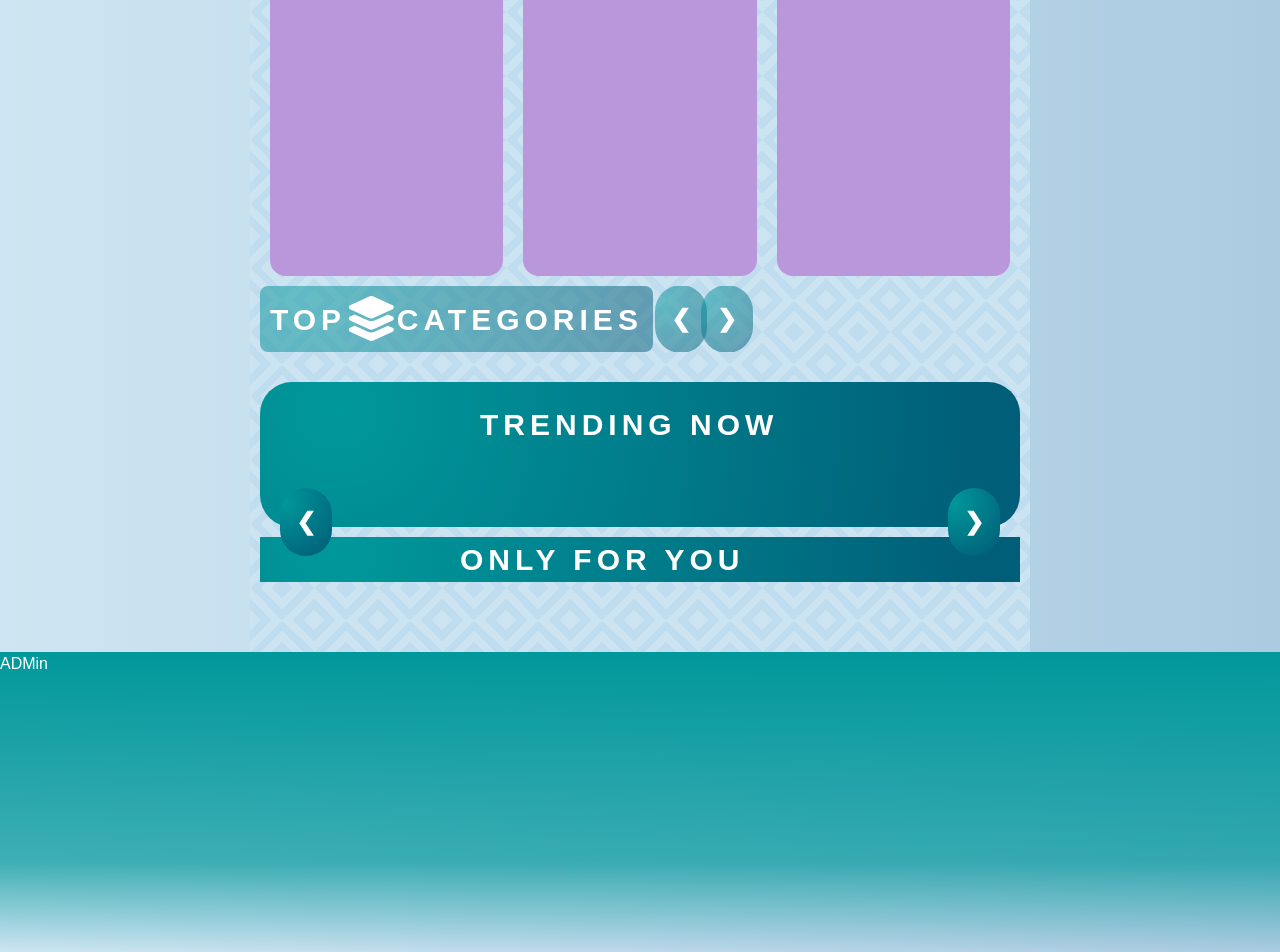
Repository: Shadman2024/2_1_DatabaseProject
Page: / (app in frontend/)
An editor plug-in stored every save of this project. The page is shown before and after the next save, followed by the edit.
The browser window is 1280 px wide. The pictures show the part of the page from y = 952 to 1904 px (the page is 1904 px tall).
The page's requests for data from a server got no answer. Some web libraries are served in a nearby version. The project was rebuilt for these pictures with package versions that can differ from the ones it lists, and the page was loaded fresh each time. No one was signed in, and anything a server would have sent is missing. Also part of the build but not shown: frontend/src/App.css, frontend/src/signUp/signup.js, frontend/src/logIn/login.js, frontend/src/Home/hero.js, frontend/src/Home/hero2.js, frontend/src/Home/hero3.js, frontend/src/Home/smallcategory.module.css, frontend/src/Home/smallcategory.js and 18 more.

Above is the page before, as saved 2024-03-08 01:33:25.

### frontend/public/index.html
<!DOCTYPE html>
<html lang="en">

<head>
  <meta charset="utf-8" />
  <link rel="icon" href="%PUBLIC_URL%/favicon.ico" />
  <meta name="viewport" content="width=device-width, initial-scale=1" />
  <meta name="theme-color" content="#000000" />
  <meta name="description" content="Web site created using create-react-app" />
  <link rel="apple-touch-icon" href="%PUBLIC_URL%/logo192.png" />
  <!--
      manifest.json provides metadata used when your web app is installed on a
      user's mobile device or desktop. See https://developers.google.com/web/fundamentals/web-app-manifest/
    -->
  <link rel="manifest" href="%PUBLIC_URL%/manifest.json" />
  <link href="https://cdn.jsdelivr.net/npm/bootstrap@5.0.2/dist/css/bootstrap.min.css" rel="stylesheet"
    integrity="sha384-EVSTQN3/azprG1Anm3QDgpJLIm9Nao0Yz1ztcQTwFspd3yD65VohhpuuCOmLASjC" crossorigin="anonymous">
  <!--
      Notice the use of %PUBLIC_URL% in the tags above.
      It will be replaced with the URL of the `public` folder during the build.
      Only files inside the `public` folder can be referenced from the HTML.

      Unlike "/favicon.ico" or "favicon.ico", "%PUBLIC_URL%/favicon.ico" will
      work correctly both with client-side routing and a non-root public URL.
      Learn how to configure a non-root public URL by running `npm run build`.
    -->
  <title>React App</title>
</head>

<body style="background: linear-gradient(to right, #cee5f2, #accbe1);
/* Other styles */
margin: 0;
height: 100vh;
color: white;">
<!-- <body style="background: #1B1B1B"> -->


  <noscript>You need to enable JavaScript to run this app.</noscript>
  <div id="root"></div>
  <!--
      This HTML file is a template.
      If you open it directly in the browser, you will see an empty page.

      You can add webfonts, meta tags, or analytics to this file.
      The build step will place the bundled scripts into the <body> tag.

      To begin the development, run `npm start` or `yarn start`.
      To create a production bundle, use `npm run build` or `yarn build`.
    -->
  <script src="https://cdn.jsdelivr.net/npm/bootstrap@5.0.2/dist/js/bootstrap.bundle.min.js"
    integrity="sha384-MrcW6ZMFYlzcLA8Nl+NtUVF0sA7MsXsP1UyJoMp4YLEuNSfAP+JcXn/tWtIaxVXM"
    crossorigin="anonymous"></script>
  <script src="https://cdn.jsdelivr.net/npm/@popperjs/core@2.9.2/dist/umd/popper.min.js"
    integrity="sha384-IQsoLXl5PILFhosVNubq5LC7Qb9DXgDA9i+tQ8Zj3iwWAwPtgFTxbJ8NT4GN1R8p"
    crossorigin="anonymous"></script>
  <script src="https://cdn.jsdelivr.net/npm/bootstrap@5.0.2/dist/js/bootstrap.min.js"
    integrity="sha384-cVKIPhGWiC2Al4u+LWgxfKTRIcfu0JTxR+EQDz/bgldoEyl4H0zUF0QKbrJ0EcQF"
    crossorigin="anonymous"></script>
  <script src="https://code.jquery.com/jquery-3.2.1.slim.min.js"
    integrity="sha384-KJ3o2DKtIkvYIK3UENzmM7KCkRr/rE9/Qpg6aAZGJwFDMVNA/GpGFF93hXpG5KkN"
    crossorigin="anonymous"></script>
  <script src="https://cdnjs.cloudflare.com/ajax/libs/popper.js/1.12.3/umd/popper.min.js"
    integrity="sha384-vFJXuSJphROIrBnz7yo7oB41mKfc8JzQZiCq4NCceLEaO4IHwicKwpJf9c9IpFgh"
    crossorigin="anonymous"></script>
  <script src="https://maxcdn.bootstrapcdn.com/bootstrap/4.0.0-beta.2/js/bootstrap.min.js"
    integrity="sha384-alpBpkh1PFOepccYVYDB4do5UnbKysX5WZXm3XxPqe5iKTfUKjNkCk9SaVuEZflJ"
    crossorigin="anonymous"></script>


</body>

</html>

### frontend/src/index.css
*{
  margin: 0;
  outline: none;
}
body {
  margin: 0;
  font-family: -apple-system, BlinkMacSystemFont, 'Segoe UI', 'Roboto', 'Oxygen',
    'Ubuntu', 'Cantarell', 'Fira Sans', 'Droid Sans', 'Helvetica Neue',
    sans-serif;
  -webkit-font-smoothing: antialiased;
  -moz-osx-font-smoothing: grayscale;
}

code {
  font-family: source-code-pro, Menlo, Monaco, Consolas, 'Courier New',
    monospace;
}
html {
  scroll-behavior: smooth;
  position: relative;
  min-height: 100%;
  overflow-x: hidden;
}

### frontend/src/logIn/login.module.css


.login_box {
  position: absolute;
  top: 50%;
  left: 50%;
  width: 400px;
  padding: 40px;
  margin: 20px auto;
  transform: translate(-50%, -55%);
  background-image: radial-gradient( circle farthest-corner at 10% 20%,  rgba(0,152,155,1) 0.1%, rgba(0,94,120,1) 94.2% );
  box-sizing: border-box;
  box-shadow: 0 15px 25px rgba(0, 0, 0, .6);
  border-radius: 10px;
  color: #ffffff;
  font-size: large;
  /* padding-left: 100px;
  padding-right: 100px; */
}

.login_box .user_box {
  position: relative;
}

.login_box .user_box input {
  width: 100%;
  padding: 10px 0;
  font-size: 16px;
  color: #fffdfd;
  margin-bottom: 30px;
  border: none;
  /* background-color: #0F1F2A; */
  border-bottom: 1px solid #ffffff;
  outline: none;
  background: transparent;
  font-size: larger;
  /* font-weight: bolder; */
}

.login_box .user_box label {
  position: absolute;
  top: -20px;
  left: 0;
  padding: 10px 0;
  font-size: 20px;
  color: #ffffff;
  /* background-color: #2E5D7F; */
  pointer-events: none;
  transition: .5s;
  font-size: large;
  /* padding: 0px;
  padding-left: 20%;
  padding-right: 20%; */
  font-weight: bold;
}

.login_box .user_box input:focus~label,
.login_box .user_box input:valid~label {
  /* top: -20px; */
  left: 0;
  color: #ffffff;
  font-size: 20px;
  /* background-color: #242424; */
  padding: 0px;
  padding-left: 10px;
  padding-right: 10px;
  font-weight: bolder;
}


.login_box p:first-child {
  margin: 0 0 30px;
  padding: 0;
  color: #ffffff;
  text-align: center;
  font-size: 1.5rem;
  font-weight: bold;
  letter-spacing: 1px;
  padding-bottom: 30px;
}




.animated_button {
  position: relative;
  display: inline-block;
  padding: 12px 24px;
  border: none;
  font-size: 16px;
  background-color: inherit;
  border-radius: 100px;
  font-weight: 600;
  color: #ffffff;
  box-shadow: 0 0 0 2px #ffffff00;
  cursor: pointer;
  overflow: hidden;
  transition: all 0.6s cubic-bezier(0.23, 1, 0.320, 1);
  text-align: center;
  font-size: 1.2rem;
  /* font-weight: bold; */
  letter-spacing: 1px;
  /* padding-bottom: 30px; */
}

.animated_button span:last-child {
  position: absolute;
  top: 50%;
  left: 50%;
  transform: translate(-50%, -50%);
  width: 20px;
  height: 20px;
  background-color: #fff;
  /* color: #000; */
  border-radius: 50%;
  opacity: 0;
  transition: all 0.8s cubic-bezier(0.23, 1, 0.320, 1);
}

.animated_button span:first-child {
  position: relative;
  z-index: 1;
}

.animated_button:hover {
  box-shadow: 0 0 0 3px #ffffff;
  color: #2F0332;
}

.animated_button:active {
  scale: 0.95;
}

.animated_button:hover span:last-child {
  width: 150px;
  height: 150px;
  opacity: 1;
}

input {
  color: white;
  background-color: black;
}

::-ms-reveal {
  filter: invert(100%);
}

### frontend/src/Home/home.module.css
._hero{

}
.home{
  padding-left: 250px;
  padding-right: 250px;
}
.trendingNow{
background-image: radial-gradient( circle farthest-corner at 10% 20%,  rgba(0,152,155,1) 0.1%, rgba(0,94,120,1) 94.2% );
  padding: 20px;
  /* border: 2px solid #3F0442; */
  border-radius: 2rem;
  margin-bottom: 10px;
  margin-top: 10px;
}
.container{
  background: linear-gradient(45deg,#0000 calc(25%/3), #c0dcef 0 calc(50%/3),
  #0000 0 calc(250%/3), #c0dcef 0 calc(275%/3),
  #0000 0),linear-gradient( 45deg,#c0dcef calc(25%/3), #0000 0 calc(50%/3),
  #c0dcef 0 25%, #0000 0 75%,
  #c0dcef 0 calc(250%/3), #0000 0 calc(275%/3),
  #c0dcef 0),
  linear-gradient(-45deg,#0000 calc(25%/3), #c0dcef 0 calc(50%/3),
  #0000 0 calc(250%/3), #c0dcef 0 calc(275%/3),
  #0000 0),linear-gradient(-45deg,#c0dcef calc(25%/3), #0000 0 calc(50%/3),
  #c0dcef 0 25%, #0000 0 75%,
  #c0dcef 0 calc(250%/3), #0000 0 calc(275%/3),
  #c0dcef 0)
  #cce3f1;
background-size: 64px 64px;
background-position: 0 0, 32px  32px;

padding: 10px;





}

### frontend/src/orders/orders.module.css
/* orders.module.css */
.orders_container {
  padding: 20px;
  /* background: #f5f5f5; */
  border-radius: 8px;
  /* box-shadow: 0 2px 4px rgba(0,0,0,0.1); */
  margin-left: 250px;
  margin-right: 250px;
  margin-left: 250px;
  margin-top: 40px;
  margin-right: 250px;
  padding: 20px;
  /* background-color: #f9f9f9; */
  border-radius: 8px;
  box-shadow: 0 2px 4px rgba(0,0,0,0.3);
  background-color: #97adda;
}

.title {
  font-size: 30px;;
  color: rgb(255, 255, 255);
  font-weight: bolder;
  background-image: radial-gradient( circle farthest-corner at 10% 20%,  rgba(0,152,155,50%) 0.1%, rgba(0,94,120,50%) 94.2% );
  margin-top: 0px;
  /* background-color: #ba96db; */
  letter-spacing: 5px;
  margin-bottom: 0px;
  padding-bottom: 0px;
  border-radius: 0.5rem;
  padding: 10px;
  text-align: center;
  border-radius: 1rem 1rem 1rem 1rem;
  margin-bottom: 10px;
}

.order {
  /* background: #ffffff; */
  padding: 15px;
  margin-bottom: 20px;
  /* border-radius: 8px; */
  /* box-shadow: 0 1px 3px rgba(0,0,0,0.12), 0 1px 2px rgba(0,0,0,0.24); */
  font-size: 20px;
  border-radius: 1rem 1rem 1rem 1rem;
  background-color: white;
}

.order h3 {
  color: #0275d8;
  font-size: 20px;
  margin-top: 0;
  margin-bottom: 10px;
}

.order p {
  color: #313131;
  margin: 5px 0;
}

ul {
  list-style-type: none;
  padding: 0;
}

li {
  margin: 5px 0;
  color: #363636;
}

strong {
  color: #333;
}

/* Specific styles for shipping and payment sections */
.order > div {
  margin-top: 10px;
  padding-top: 10px;
  border-top: 1px solid #eee;
}

/* Adjust the below properties as per your UI requirements */
.orders_table {
  width: 100%;
  border-collapse: collapse;
}

.orders_table th, .orders_table td {
  text-align: left;
  padding: 8px;
  border-bottom: 1px solid #ddd;
}

.orders_table th {
  background-color: #f9f9f9;
}
.orders_table {
  width: 100%;
  margin-top: 10px;
  border-collapse: collapse;
}

.orders_table th, .orders_table td {
  text-align: left;
  padding: 8px;
  border-bottom: 1px solid #ddd;
}

.orders_table th {
  background-color: teal;
  /* color: #313131; */
}
.orders_table td {
  background-color: #e0e0e0;
  color: #313131;
}

### frontend/src/Home/hero.module.css
.hero {
    /* height: 100vh; */
    background: linear-gradient(180deg, #fde1ff, #e1ffea22 60%);
    display: flex;
    margin-bottom: 25px;
}

.hero_left {
    flex: 1;
    display: flex;
    flex-direction: column;
    /* justify-content: center; */
    padding-top: 10px;
    gap: 2px;
    padding-left: 10px;
    line-height: 1.1;
}

.hero_left h2 {
    color: rgb(41, 0, 35);
    font-size: 26 px;
    font-weight: 600;
}

.hero_left p {
    color: rgb(50, 0, 54);
    font-size: 100px;
    font-weight: 600;
}

.hero_hand_icon {
    display: flex;
    align-items: center;
    gap: 20px;
}

.image {
    /* max-width: 100%; */
    width: 199%;
    height: 500px;
    display: block; /* Ensure images resize within their container */
    border: 2px solid black;
    border-radius: 0.4rem;
  }

/* .hero-latest-btn{
    display: flex;
    justify-content: center;
    align-items: center;
    gap: 15px;
    width: 310px;
    height: 70px;
    background: #3d1a3f;
    color: white;
    font-size: 22px;
    font-weight: 500;

} */

.hero_right {
    flex: 1;
    display: flex;
    align-items: center;
    justify-content: center;
}

button {
    position: relative;
    display: inline-block;
    cursor: pointer;
    outline: none;
    border: 0;
    vertical-align: middle;
    text-decoration: none;
    background: transparent;
    padding: 0;
    font-size: inherit;
    font-family: inherit;
}

button.learn_more {
    width: 12rem;
    height: auto;
}

button.learn_more .circle {
    transition: all 0.45s cubic-bezier(0.65, 0, 0.076, 1);
    position: relative;
    display: block;
    margin: 0;
    width: 3rem;
    height: 3rem;
    background: #ffffff;
    border-radius: 1.625rem;
}

button.learn_more .circle .icon {
    transition: all 0.45s cubic-bezier(0.65, 0, 0.076, 1);
    position: absolute;
    top: 0;
    bottom: 0;
    margin: auto;
    background: #ffffff;
}

button.learn_more .circle .icon {
    transition: all 0.45s cubic-bezier(0.65, 0, 0.076, 1);
    left: 0.625rem;
    width: 1.125rem;
    height: 0.125rem;
    background: none;
}

button.learn_more .circle .icon::before {
    position: absolute;
    content: "";
    top: -0.29rem;
    right: 0.0625rem;
    width: 0.625rem;
    height: 0.625rem;
    border-top: 0.125rem solid #020202;
    border-right: 0.125rem solid #000000;
    transform: rotate(45deg);
}

button.learn_more .button_text {
    transition: all 0.45s cubic-bezier(0.65, 0, 0.076, 1);
    position: absolute;
    top: 0;
    left: 0;
    right: 0;
    bottom: 0;
    padding: 0.75rem 0;
    margin: 0 0 0 1.85rem;
    color: #ffffff;
    font-weight: 700;
    line-height: 1.6;
    text-align: center;
    text-transform: uppercase;
}

button:hover .circle {
    width: 100%;
}

button:hover .circle .icon{
    background: #000000;
    transform: translate(1rem, 0);
}

button:hover .button_text {
    color: #000000;
}

### frontend/src/Item/miniItemPage.module.css

.wrapper {
    display: flex;
    position: relative;
    margin-left: 200px;
    margin-right: 100px;
    padding-top: 50px;
    overflow-x: auto;
    margin-left: 50px;
    margin-right: 50px;
    flex-grow: 1;
}

.wrapper .item {
    padding: 10px;
    /* padding-top: 130px; */
    /* padding-bottom: 20px; */
    /* margin: 1px; */
    width: 400px;
    height: 500px;
    text-align: center;
    border-radius: 1.7rem;
    /* background-color: antiquewhite; */
    /* box-sizing: border-box; */
}

.wrapper::-webkit-scrollbar{
    width: 0;
    /* color: blueviolet; */
    /* background-color: rgb(228, 189, 221); */
}
.wrapper .item:hover{
    /* rgb(216, 207, 195); */
    /* background-color: rgb(216, 130, 190); */
    /* background-color: rgb(228, 189, 221); */
}


.topCategories {
    display: flex;
    flex-direction: column; /* Aligns children (title and wrapper) in a column */
    /* align-items: center;   */
    justify-content: center;
    /* padding-top: 40px; */
    /* margin-bottom: 70px; */
    /* padding-left: 30px; */
}

.title {
    /* Add styles for your title here */
    margin-bottom: 10px; /* Example space between title and wrapper */
    font-size: 30px;;
    color: rgb(255, 255, 255);
    font-weight: bolder;
    padding-left: 200px;
    /* background-color: #f08080; */
    margin-top: 0px;
    letter-spacing: 5px;
}

/* /////////////////// */
.arrow {
    cursor: pointer;
    position:fixed;
    /* top: 50%; */
    width: auto;
    padding: 16px;
    margin-top: -22px;
    color: white;
    font-weight: bold;
    font-size: 24px;
    transition: 0.6s ease;
    border-radius: 0 3px 3px 0;
    user-select: none;
}

.arrow:hover {
    background-color: rgba(0, 0, 0, 0.8);
}

.left_arrow {
    margin-top: 40px;
    left: 0;
    border-radius: 2rem;
    /* border-radius: 3px 0 0 3px; */
    background-image: radial-gradient( circle farthest-corner at 10% 20%,  rgba(0,152,155,1) 0.1%, rgba(0,94,120,1) 94.2% );
}

.right_arrow {
    margin-top: 40px;
    right: 0;
    border-radius: 2rem;
    background-image: radial-gradient( circle farthest-corner at 10% 20%,  rgba(0,152,155,1) 0.1%, rgba(0,94,120,1) 94.2% );
}
.wrapperContainer {
    position: relative; /* Add this */
    display: flex;
    align-items: center; /* Centers the arrows vertically */
}


.arrow {
    cursor: pointer;
    position: absolute; /* This positions the arrow relative to the wrapperContainer */
    top: 50%;
    transform: translateY(-50%); /* This centers the arrow vertically */
    z-index: 1; /* Ensures arrows are above other elements */
    /* Other styles... */
}

### frontend/src/Item/allItem.module.css
.wrapperContainer {
    /* background-color: #94297E; */
    /* box-shadow: 0px 4px 4px #8d5288; Example shadow */
    padding-left: 50px;
}

.wrapper {
    display: flex;
    flex-wrap: wrap;
    /* position: relative; Add this to position your arrows absolutely relative to this container */
    /* margin-left: 200px; */
    /* margin-right: 100px; */
    padding-top: 50px;
    /* overflow-x: auto; */
    flex-grow: 1;
}

.wrapper .item {
    padding: 10px;
    /* padding-top: 130px; */
    /* padding-bottom: 20px; */
    /* margin: 1px; */

    /* Set width and height to the same value */
    /* width: 400px; for example */
    /* height: 500px; same as width to make it square */

    text-align: center;
    border-radius: 1.7rem;
    /* background-color: antiquewhite; */

    /* Optional: if you want the total size including padding to be square */
    /* box-sizing: border-box; */
}

.wrapper::-webkit-scrollbar {
    width: 0;
    /* color: blueviolet; */
    /* background-color: rgb(228, 189, 221); */
}



.topCategories {
    display: flex;
    flex-direction: column;
    /* Aligns children (title and wrapper) in a column */
    /* align-items: center;   */
    justify-content: center;
    /* padding-top: 40px; */
    /* margin-bottom: 70px; */
    /* padding-left: 30px; */
}

.title {
    /* Add styles for your title here */
    margin-bottom: 10px;
    /* Example space between title and wrapper */
    font-size: 30px;
    ;
    color: rgb(255, 255, 255);
    font-weight: bolder;
    padding-left: 200px;
    background: #94297E;
    background-image: radial-gradient( circle farthest-corner at 10% 20%,  rgba(0,152,155,1) 0.1%, rgba(0,94,120,1) 94.2% );
    margin-top: 0px;
    letter-spacing: 5px;
}

/* /////////////////// */
.arrow {
    cursor: pointer;
    position: fixed;
    /* top: 50%; */
    width: auto;
    padding: 16px;
    margin-top: -22px;
    color: white;
    font-weight: bold;
    font-size: 24px;
    transition: 0.6s ease;
    border-radius: 0 3px 3px 0;
    user-select: none;
}

.arrow:hover {
    background-color: rgba(0, 0, 0, 0.8);
}


.wrapperContainer {
    position: relative;
    /* Add this */
    display: flex;
    align-items: center;
    /* Centers the arrows vertically */
}


.arrow {
    cursor: pointer;
    position: absolute;
    /* This positions the arrow relative to the wrapperContainer */
    top: 50%;
    transform: translateY(-50%);
    /* This centers the arrow vertically */
    z-index: 1;
    /* Ensures arrows are above other elements */
    /* Other styles... */
}

### frontend/src/top/top.module.css
.container{
    display: flex;
    /* background-color: blue; */
}
.topitem{
    background-color: #ba96db;
    padding: 10px;
    width: 50%;
    margin: 10px;
    border-radius: 1rem 1rem 1rem 1rem;
}
.topseller{
    background-color: #96addb;
    /* background-color: black; */
    padding: 10px;
    width: 50%;
    margin: 10px;
    border-radius: 1rem 1rem 1rem 1rem;
}
.topdiscount{
    background-color: #96db9d;
    /* background-color: black; */
    padding: 10px;
    width: 50%;
    margin: 10px;
    border-radius: 1rem 1rem 1rem 1rem;
}
.title {
    font-size: 30px;;
    color: rgb(255, 255, 255);
    font-weight: bolder;
    background-image: radial-gradient( circle farthest-corner at 10% 20%,  rgba(0,152,155,50%) 0.1%, rgba(0,94,120,50%) 94.2% );
    margin-top: 0px;
    /* background-color: #ba96db; */
    letter-spacing: 5px;
    margin-bottom: 0px;
    padding-bottom: 0px;
    border-radius: 0.5rem;
    padding: 10px;
    text-align: center;
    border-radius: 1rem 1rem 0rem 0rem;
}
.options{
    display: flex;
    background-color: rgba(0,152,155,50%);
    /* height: 50px; */
    border-radius: 0rem 0rem 1rem 1rem;
}
.optn{
    width: 50%;
    text-align: center;
    font-size: 20px;;
    font-weight: lighter;
    cursor: pointer;
    border-radius: 0rem 0rem 1rem 1rem;

}
.active {
    background-color: #85b9e4;
    color: rgb(255, 255, 255);

  }

.contentcontainer {
    /* background-color: black; */
    /* display: flex; */
    height: 500px;
    overflow-y: scroll;

    /* Hide scrollbar for IE, Edge, and Firefox */
    -ms-overflow-style: none;  /* IE and Edge */
    scrollbar-width: none;  /* Firefox */

    /* Hide scrollbar for Chrome, Safari, and Opera */
    &::-webkit-scrollbar {
        display: none;
    }
}

.content{
    background-color: rgb(251, 255, 255);
    margin-top: 10px;
    height: 100px;
    width: 100%;
    border-radius: 1rem 1rem 1rem 1rem;
    display: flex;
    padding: 5px;
    gap:10px;
    place-items: center;
}
.number,.image,.details{
    color: black;
    /* height: 100%; */
}
.number{
    width: 15%;
    text-align: center;
    font-size: 30px;
}
.image{
    width: 10%;
    text-align: center;
    /* color:darkcyan; */
}
.details{
    width: 60%;
    text-align: left;
}
.itemimage{
    /* height:100%; */
    width: 75%;
}
.name,.rating{
    color: black;
    font-size: 20px;
    font-weight: lighter;
}
.ordered{
    color: rgb(58, 58, 58);
    font-size: 15px;
    font-weight: lighter;
}

### frontend/src/Home/footer.module.css
.container{
    background-image: linear-gradient(to top, rgba(0,152,155,0%) 0%,rgba(0,152,155,70%) 30%, rgba(0,152,155,1) 100%);
    height: 300px;
}

Loaded but not shown: frontend/src/top/top.js (150 lines, source omitted); frontend/src/NavBar/nav.js (82 lines, source omitted); frontend/src/Item/miniItemPage.js (75 lines, source omitted); frontend/src/App.js (63 lines, source omitted); frontend/src/Home/heroCategory.js (61 lines, source omitted); frontend/src/Item/allItem.js (52 lines, source omitted); frontend/src/Home/home.js (35 lines, source omitted); frontend/src/Home/footer.js (17 lines, source omitted); frontend/src/index.js (10 lines, source omitted); frontend/src/seach/search.module.css (299 lines, source omitted); frontend/src/NavBar/nav.module.css (307 lines, source omitted); frontend/src/Home/herocategory.module.css (138 lines, source omitted); frontend/src/Home/hero2.module.css (153 lines, source omitted); frontend/src/Home/hero3.module.css (153 lines, source omitted); frontend/src/dashboard/dashboard.module.css (163 lines, source omitted); frontend/src/signUp/signup.module.css (152 lines, source omitted)

After the next save:
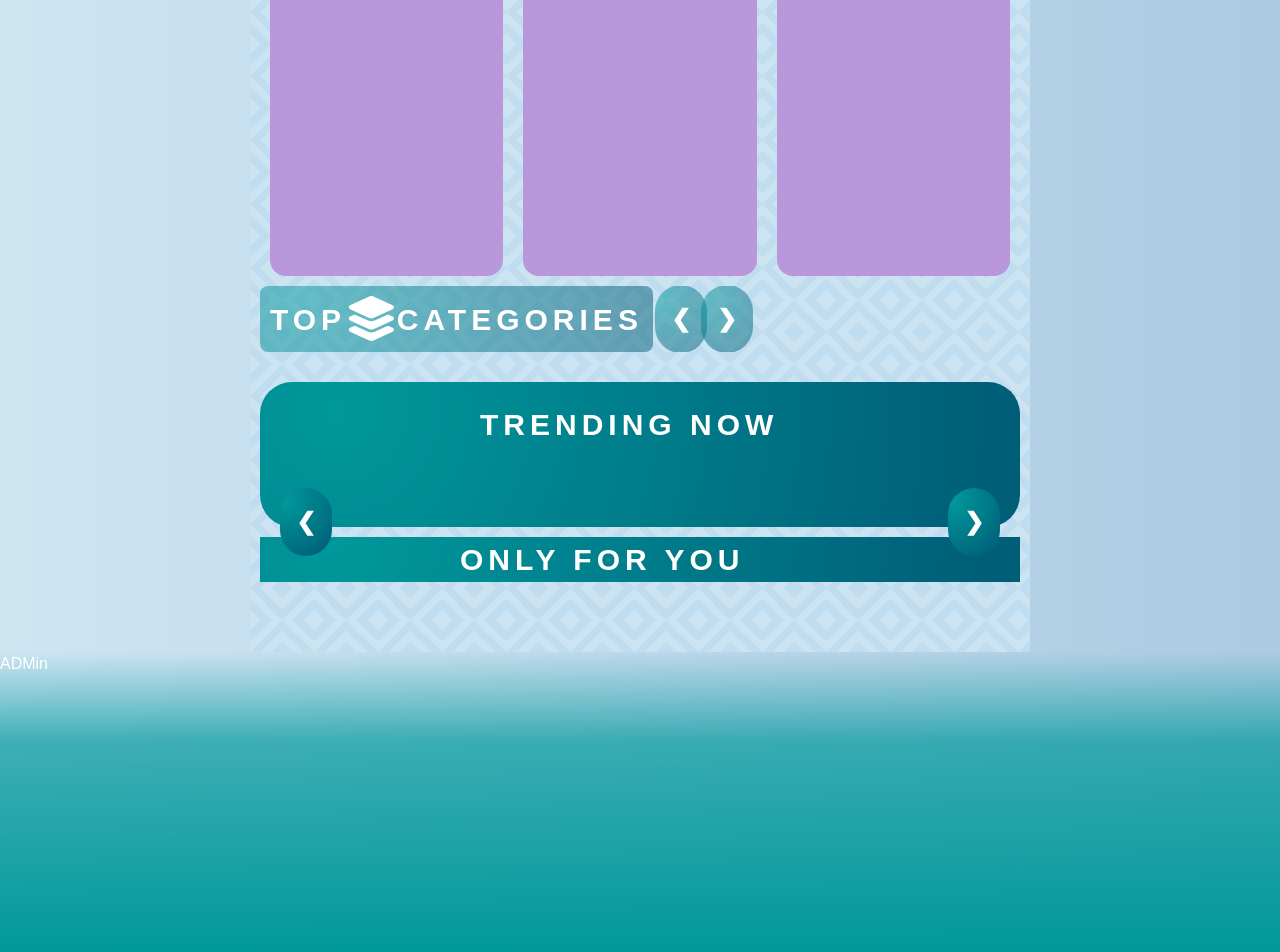
Saved 6 s later.
--- a/frontend/src/Home/footer.module.css
+++ b/frontend/src/Home/footer.module.css
@@ -1,4 +1,4 @@
 .container{
-    background-image: linear-gradient(to top, rgba(0,152,155,0%) 0%,rgba(0,152,155,70%) 30%, rgba(0,152,155,1) 100%);
+    background-image: linear-gradient(to bottom, rgba(0,152,155,0%) 0%,rgba(0,152,155,70%) 30%, rgba(0,152,155,1) 100%);
     height: 300px;
 }
